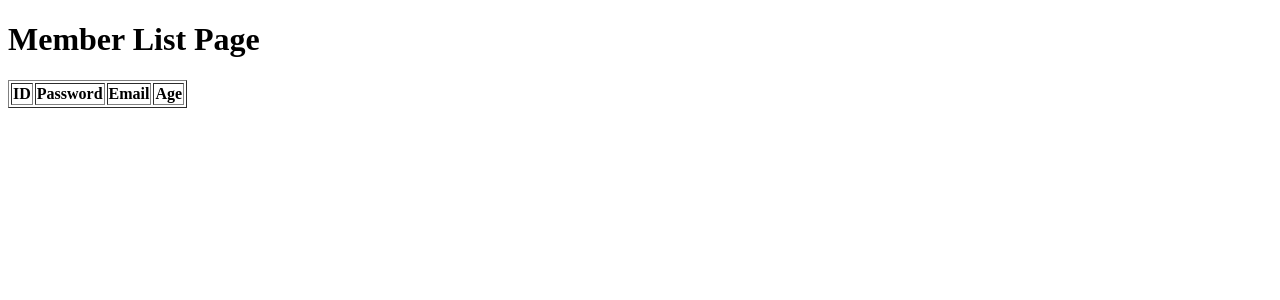
Repository: kurunai/jsp3
Page: http://localhost/jsp_member/mem/list
These files come from the project's save history. The page is drawn as it stood at one moment and after the next save; the edit follows.
The browser window is 1280 px wide. The pictures show the whole page.
The page is served by Tomcat 9. Queries for data that is not in the repository find no rows.

Above is the page before, as saved 2022-08-23 03:44:56.

After the next save:
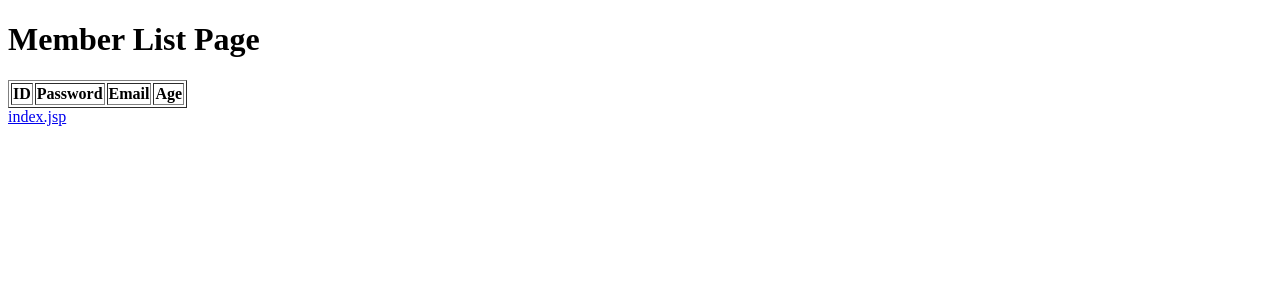
Saved 2 min 39 s later.
--- a/__member_workspace/jsp_member/src/main/webapp/member/list.jsp
+++ b/__member_workspace/jsp_member/src/main/webapp/member/list.jsp
@@ -25,5 +25,6 @@
 			</tr>
 		</c:forEach>
 	</table>
+	<a href="/">index.jsp</a>
 </body>
 </html>
